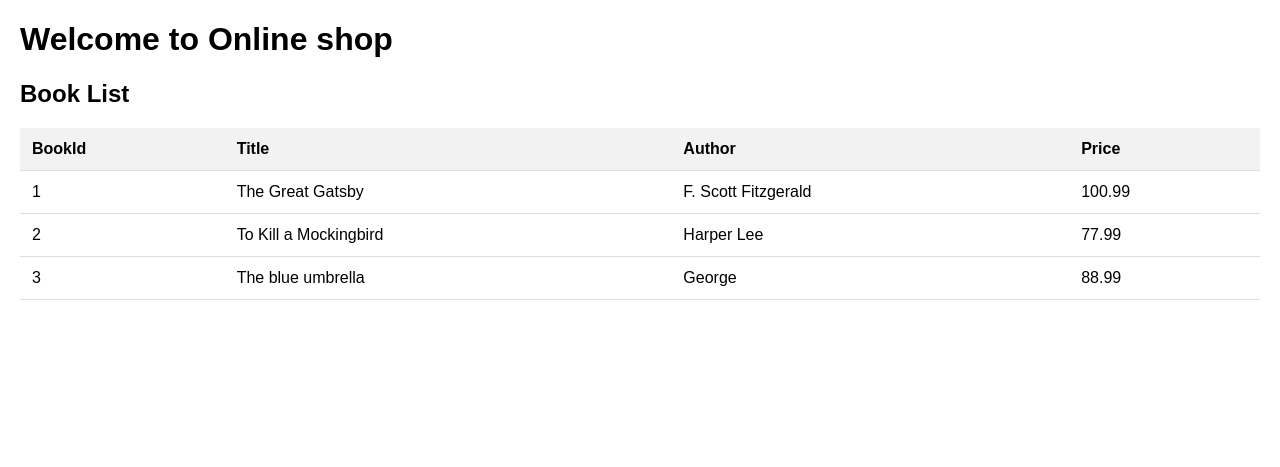
Repository: Jyoshika1263/Java-Training_Genpact
Page: shop/src/main/resources/static/index.html
The author's editor kept a copy of each file at every save. The page is drawn from the files as they stood at one save, then again after the next save.
The browser window is 1280 px wide. The pictures show the whole page.

Above is the page before, as saved 2025-02-26 11:27:08.

### shop/src/main/resources/static/index.html
<!DOCTYPE html>
<html lang="en">
<head>
    <meta charset="UTF-8">
    <meta name="viewport" content="width=device-width, initial-scale=1.0">
    <title>Book Table</title>
    <link rel="stylesheet" href="style.css">

</head>
<body>
<h1> Welcome to Online shop</h1>
<h2>Book List</h2>

<table>
    <thead>
        <tr>
            <th>BookId</th>
            <th>Title</th>
            <th>Author</th>
            <th>Price</th>
        </tr>
    </thead>
    <tbody>
        <tr>
            <td>1</td>
            <td>The Great Gatsby</td>
            <td>F. Scott Fitzgerald</td>
            <td>100.99</td>
        </tr>
        <tr>
            <td>2</td>
            <td>To Kill a Mockingbird</td>
            <td>Harper Lee</td>
            <td>77.99</td>
        </tr>
        <tr>
            <td>3</td>
            <td>The blue umbrella</td>
            <td>George</td>
            <td>88.99</td>
        </tr>
    </tbody>
</table>

</body>
</html>

### shop/src/main/resources/static/style.css
 body {
        font-family: Arial, sans-serif;
         margin: 20px;
}
        table {
            width: 100%;
            border-collapse: collapse;
        }
        th, td {
            padding: 12px;
            text-align: left;
            border-bottom: 1px solid #ddd;
        }
        th {
            background-color: #f2f2f2;
        }
        tr:hover {
            background-color: #f5f5f5;
        }

After the next save:
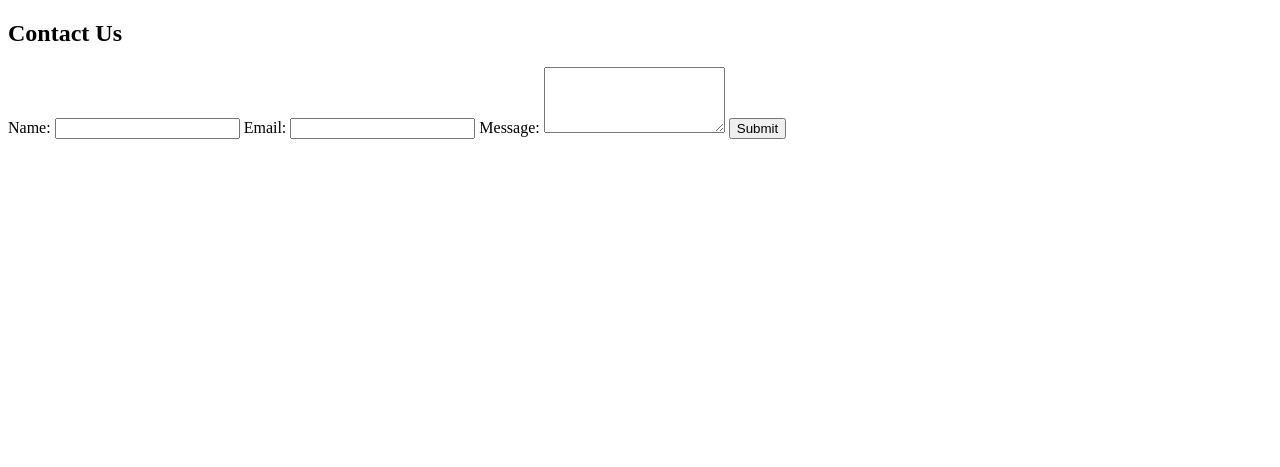
Not found: shop/src/main/resources/static/styles.css
Saved 12 min 24 s later.
--- a/shop/src/main/resources/static/index.html
+++ b/shop/src/main/resources/static/index.html
@@ -3,44 +3,25 @@
 <head>
     <meta charset="UTF-8">
     <meta name="viewport" content="width=device-width, initial-scale=1.0">
-    <title>Book Table</title>
-    <link rel="stylesheet" href="style.css">
-
+    <title>Contact Form</title>
+    <link rel="stylesheet" href="styles.css">
 </head>
 <body>
-<h1> Welcome to Online shop</h1>
-<h2>Book List</h2>
 
-<table>
-    <thead>
-        <tr>
-            <th>BookId</th>
-            <th>Title</th>
-            <th>Author</th>
-            <th>Price</th>
-        </tr>
-    </thead>
-    <tbody>
-        <tr>
-            <td>1</td>
-            <td>The Great Gatsby</td>
-            <td>F. Scott Fitzgerald</td>
-            <td>100.99</td>
-        </tr>
-        <tr>
-            <td>2</td>
-            <td>To Kill a Mockingbird</td>
-            <td>Harper Lee</td>
-            <td>77.99</td>
-        </tr>
-        <tr>
-            <td>3</td>
-            <td>The blue umbrella</td>
-            <td>George</td>
-            <td>88.99</td>
-        </tr>
-    </tbody>
-</table>
+<h2>Contact Us</h2>
+
+<form action="/submit" method="post">
+    <label for="name">Name:</label>
+    <input type="text" id="name" name="name" required>
+
+    <label for="email">Email:</label>
+    <input type="email" id="email" name="email" required>
+
+    <label for="message">Message:</label>
+    <textarea id="message" name="message" rows="4" required></textarea>
+
+    <button type="submit">Submit</button>
+</form>
 
 </body>
 </html>

After the 2 saves that followed:
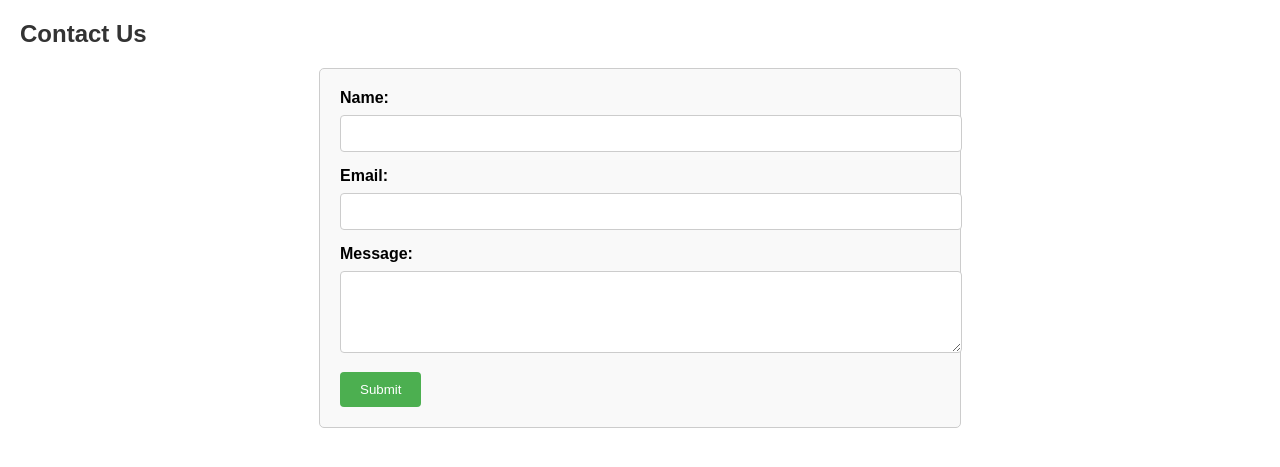
The 2 saves are shown as one change because 1 left the picture as it was.
The last was saved 31 s later.
--- a/shop/src/main/resources/static/index.html
+++ b/shop/src/main/resources/static/index.html
@@ -4,7 +4,7 @@
     <meta charset="UTF-8">
     <meta name="viewport" content="width=device-width, initial-scale=1.0">
     <title>Contact Form</title>
-    <link rel="stylesheet" href="styles.css">
+    <link rel="stylesheet" href="style.css">
 </head>
 <body>
 
--- a/shop/src/main/resources/static/style.css
+++ b/shop/src/main/resources/static/style.css
@@ -1,19 +1,46 @@
  body {
-        font-family: Arial, sans-serif;
-         margin: 20px;
+    font-family: Arial, sans-serif;
+    margin: 20px;
 }
-        table {
-            width: 100%;
-            border-collapse: collapse;
-        }
-        th, td {
-            padding: 12px;
-            text-align: left;
-            border-bottom: 1px solid #ddd;
-        }
-        th {
-            background-color: #f2f2f2;
-        }
-        tr:hover {
-            background-color: #f5f5f5;
-        }
+
+h2 {
+    color: #333;
+}
+
+form {
+    max-width: 600px;
+    margin: 0 auto;
+    padding: 20px;
+    border: 1px solid #ccc;
+    border-radius: 5px;
+    background-color: #f9f9f9;
+}
+
+label {
+    display: block;
+    margin-bottom: 8px;
+    font-weight: bold;
+}
+
+input[type="text"],
+input[type="email"],
+textarea {
+    width: 100%;
+    padding: 10px;
+    margin-bottom: 15px;
+    border: 1px solid #ccc;
+    border-radius: 4px;
+}
+
+button {
+    background-color: #4CAF50;
+    color: white;
+    padding: 10px 20px;
+    border: none;
+    border-radius: 4px;
+    cursor: pointer;
+}
+
+button:hover {
+    background-color: #45a049;
+}
